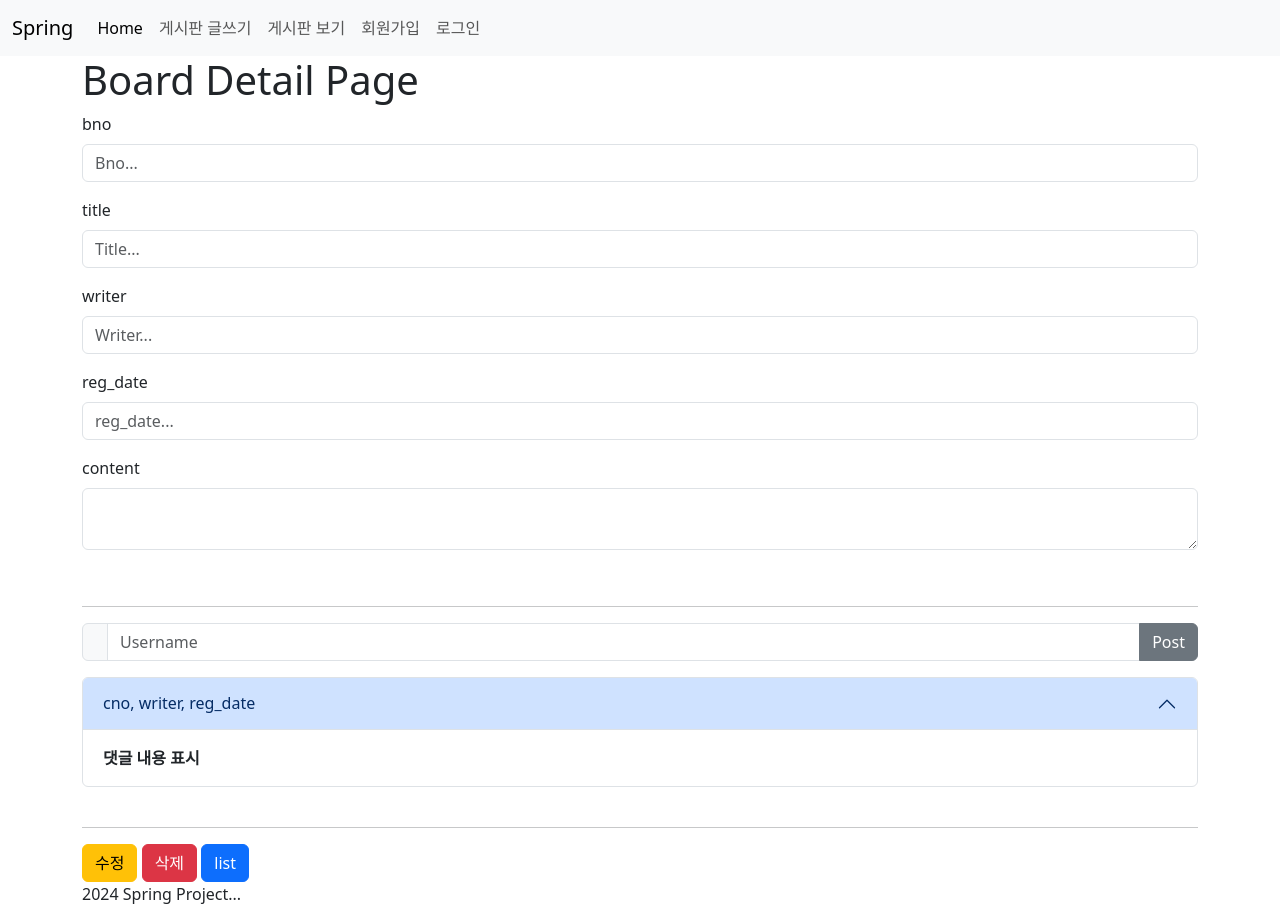
Repository: lhj6399/springTest240430
Page: http://localhost/spring_study/WEB-INF/views/board/detail.jsp
An editor plug-in stored every save of this project. The page is shown before and after the next save, followed by the edit.
The browser window is 1280 px wide. The pictures show the whole page.
The page is served by Tomcat 9. Nobody is signed in. The template is opened directly, without the code that normally fills it, so the values that code supplies are empty.

Above is the page before, as saved 2024-04-26 03:04:54.

After the next save:
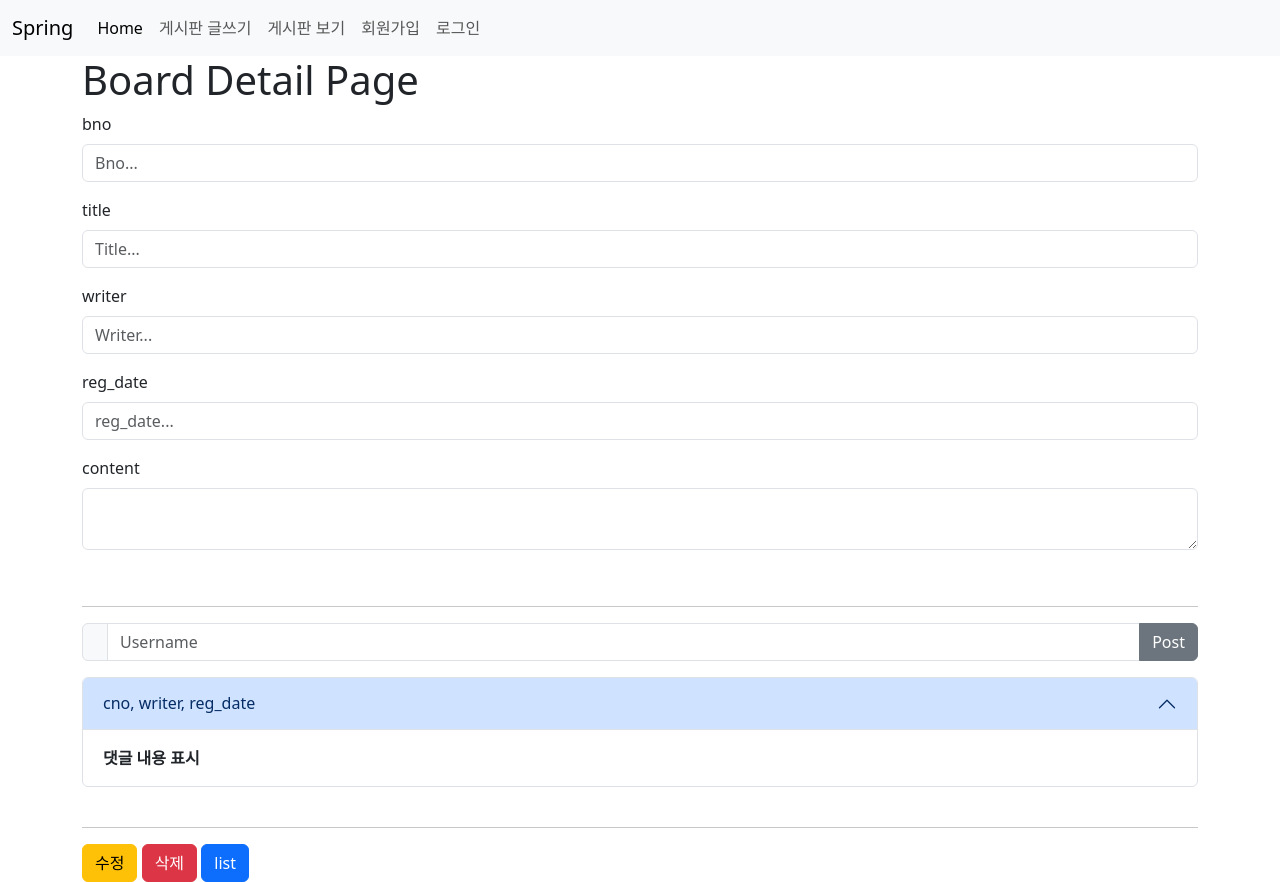
Saved 65 s later.
--- a/spring_study/src/main/webapp/WEB-INF/views/board/detail.jsp
+++ b/spring_study/src/main/webapp/WEB-INF/views/board/detail.jsp
@@ -59,4 +59,9 @@
 
 </div>
 
+<script src="/resources/js/boardDetailComment.js/>
+
+</script>
+
+
 <jsp:include page="../layout/footer.jsp" />
